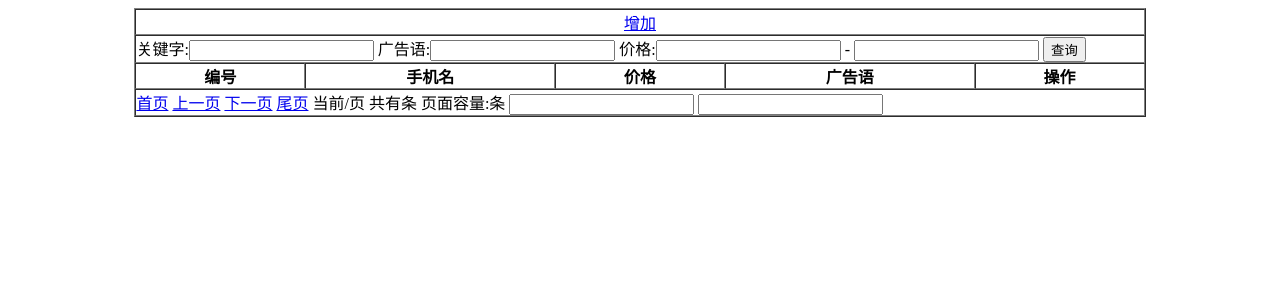
Repository: qyl1006/JavaCode
Page: http://localhost/task/WEB-INF/views/product/list.jsp
An editor plug-in stored every save of this project. The page is shown before and after the next save, followed by the edit.
The browser window is 1280 px wide. The pictures show the whole page.
The page is served by Tomcat 9. Nobody is signed in. Other server files are loaded and not shown. The template is opened directly, without the code that normally fills it, so the values that code supplies are empty.

Above is the page before, as saved 2018-03-14 10:33:39.

### workspace/task/webapp/WEB-INF/views/product/list.jsp
<%@ page language="java" contentType="text/html; charset=UTF-8"
    pageEncoding="UTF-8"%>
<!DOCTYPE html PUBLIC "-//W3C//DTD HTML 4.01 Transitional//EN" "http://www.w3.org/TR/html4/loose.dtd">
<%@ taglib prefix="c" uri="http://java.sun.com/jsp/jstl/core" %>
<html>
<head>
<meta http-equiv="Content-Type" content="text/html; charset=UTF-8">
<title>Insert title here</title>
</head>
<form action="/product" method="post" id="f1">
	<table align="center" border="1" cellpadding="0" cellspacing="0" width="80%">
		<tr align="center">
			<td colspan="5">
				<a href="/product?cmd=edit">增加</a>
			</td>
		</tr>

		<tr>
			<td colspan="5">
				关键字:<input type="text" name="name" value="${qo.name}"/>
				广告语:<input type="text" name="info" value="${qo.info}"/>
				价格:<input type="text" name="Minprice" value="${qo.minprice}"/> -
					<input type="text" name="Maxprice" value="${qo.maxprice}"/>
					<input type="submit" value="查询"/>
			</td>
		</tr>
		<tr align="center">
			<th>编号</th>
			<th>手机名</th>
			<th>价格</th>
			<th>广告语</th>
			<th>操作</th>
		</tr>

	<c:forEach items="${result.data}" var="p" varStatus="vs">
		<tr align="center" style="background-color: ${vs.count % 2 == 0 ? '' : 'red'}">
			<td>${p.id}</td>
			<td>${p.name}</td>
			<td>${p.price}</td>
			<td>${p.info}</td>
			<td>
				<a href="/product?cmd=edit&id=${p.id}">编辑</a>
				<a href="/product?cmd=delete&id=${p.id}">删除</a>
			</td>
		</tr>
	</c:forEach>

		<tr>
			<td colspan="5">
				<a href="/product?currentPage=1">首页</a>
				<a href="/product?currentPage=${result.prevPage}">上一页</a>
				<a href="/product?currentPage=${result.nextPage}">下一页</a>
				<a href="/product?currentPage=${result.endPage}">尾页</a>
				当前${result.currentPage}/${result.endPage}页
				共有${result.pageCount}条
				页面容量:${result.pageSize}条
				<input type="num"number" name="currentPage" value="${result.currentPage}"/>
				<input type="number" value="GO"/>
			</td>
		</tr>
	</table>
</form>
<body>
</body>
</html>

After the next save:
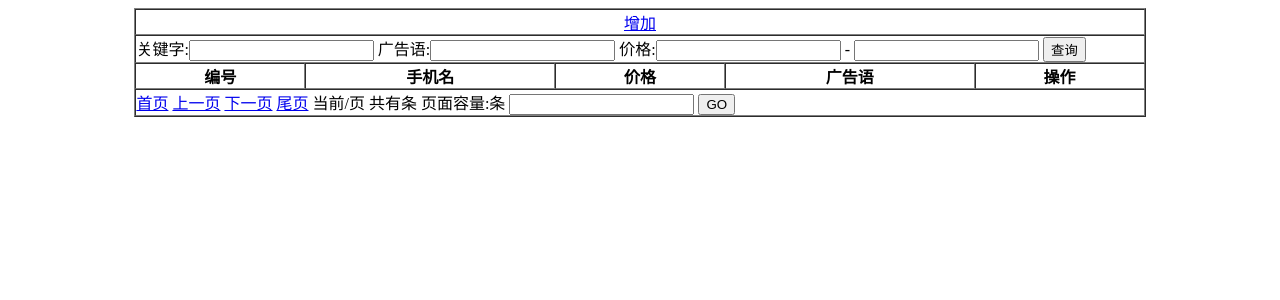
Saved 12 s later.
--- a/workspace/task/webapp/WEB-INF/views/product/list.jsp
+++ b/workspace/task/webapp/WEB-INF/views/product/list.jsp
@@ -55,7 +55,7 @@
 				共有${result.pageCount}条
 				页面容量:${result.pageSize}条
 				<input type="num"number" name="currentPage" value="${result.currentPage}"/>
-				<input type="number" value="GO"/>
+				<input type="submit" value="GO"/>
 			</td>
 		</tr>
 	</table>
